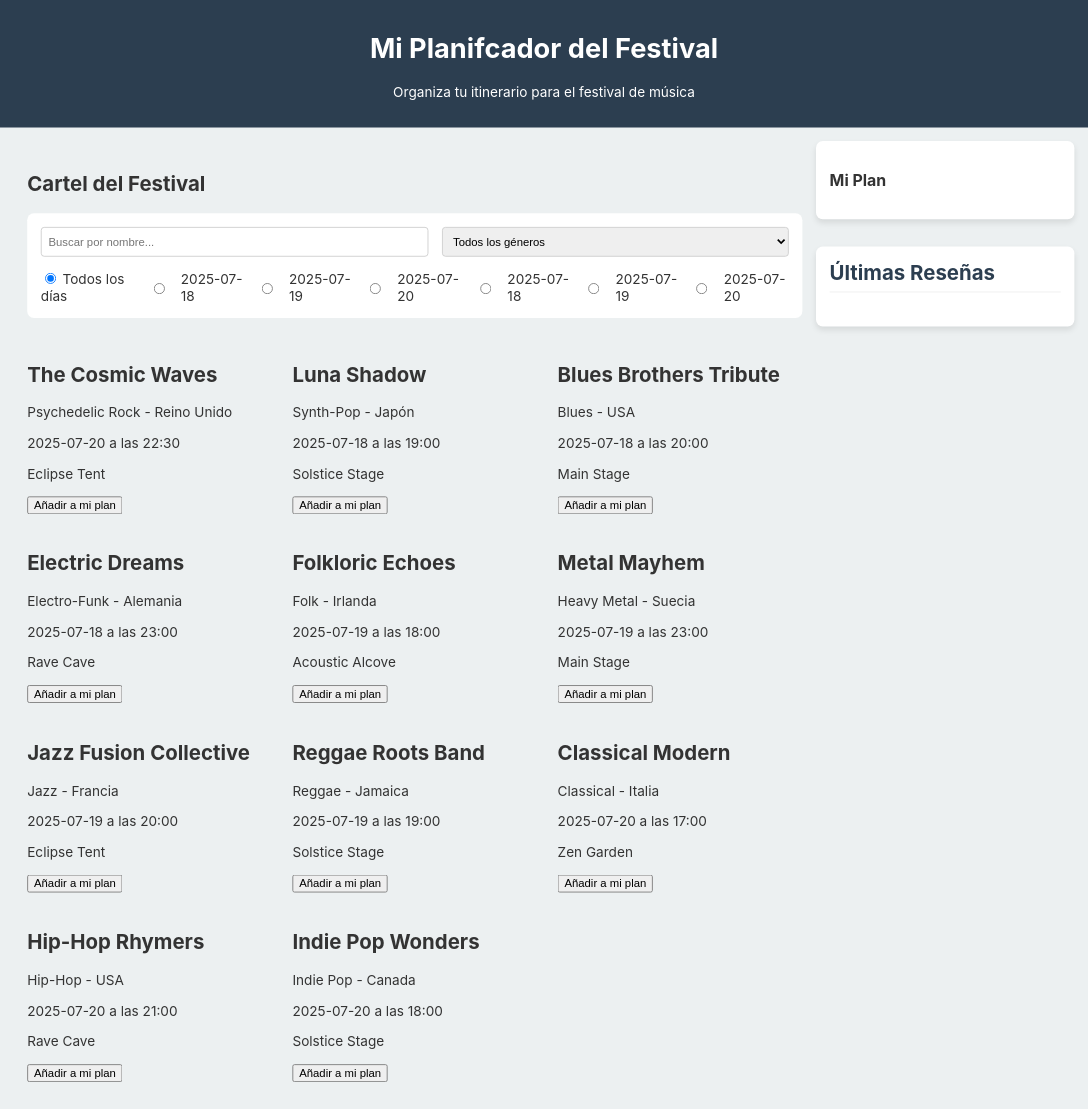
Repository: covaa15/DWEC
Page: Examen12_12_2025/index.html
The author's editor kept a copy of each file at every save. The page is drawn from the files as they stood at one save, then again after the next save.
The browser window is 1280 px wide. The pictures show the whole page, at 85% of full size.

Above is the page before, as saved 2025-12-12 12:57:55.

After the next save:
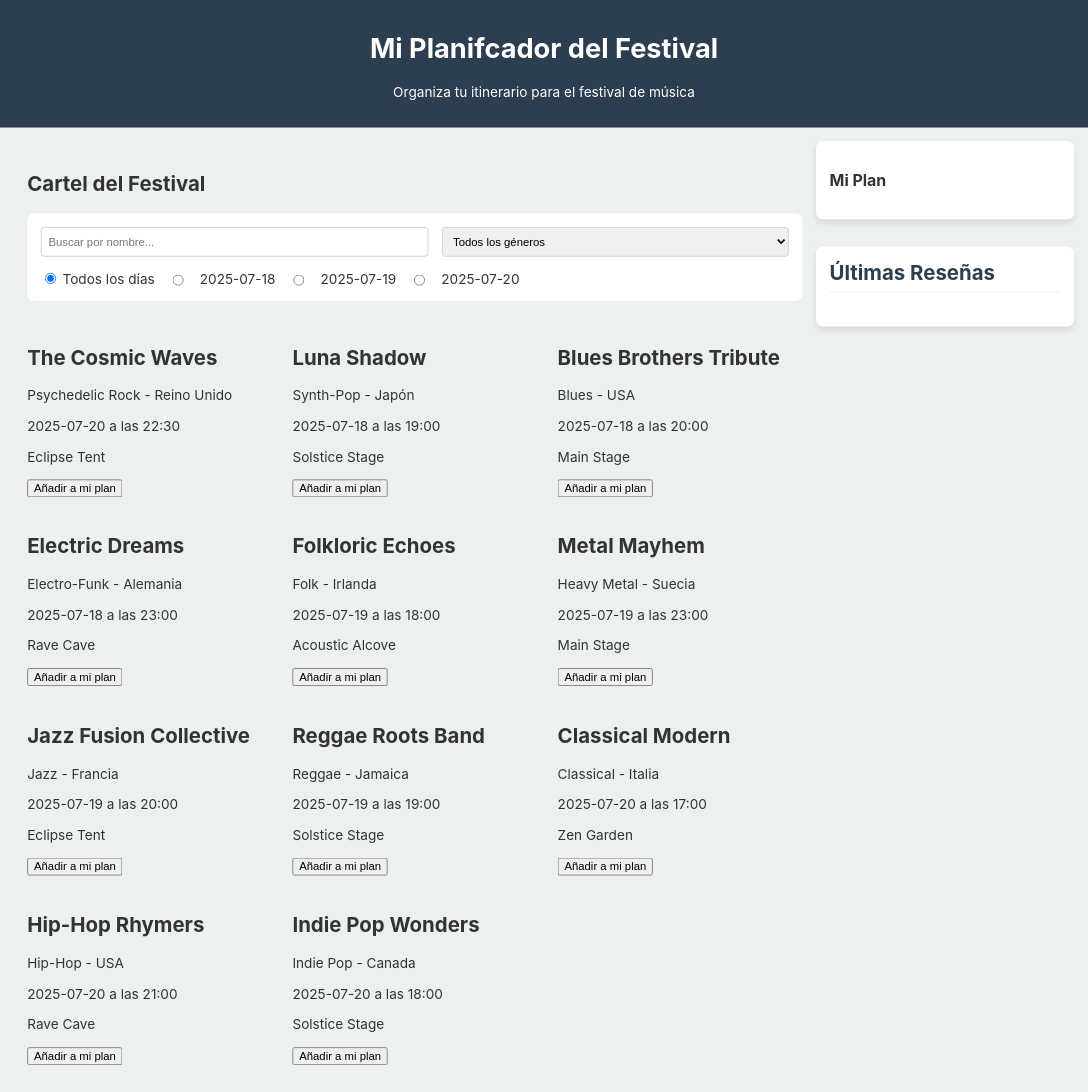
Saved 55 s later.
--- a/Examen12_12_2025/js/main.js
+++ b/Examen12_12_2025/js/main.js
@@ -2,6 +2,7 @@
 let artistas = [];
 let horarios = [];
 let escenarios = [];
+const dias = [];
 const contenedorArtistas = document.querySelector("#artist-list");
 const selectorGenero = document.querySelector('#filter-genre');
 const buscador = document.querySelector('#search-name');
@@ -104,7 +105,7 @@ function cargarGeneros() {
 }
 
 function cargarDias() {
-    const dias = [];
+
     horarios.forEach(horario => {
 
 
@@ -118,7 +119,7 @@ function cargarDias() {
             opcion.value = horario.dia;
             filtrosDia.appendChild(opcion);
             filtrosDia.appendChild(label);
-            console.log(dias);
+
         }
     });
 }
